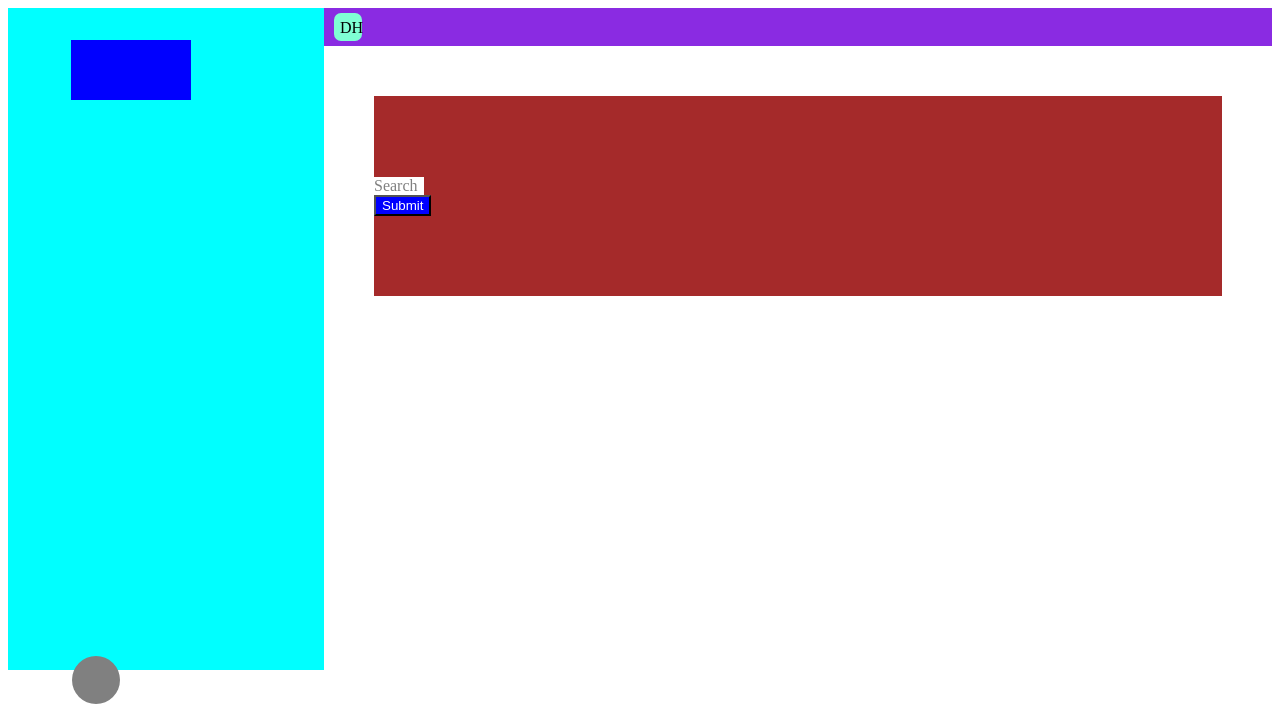
Repository: tr2cky/barrage
Page: index.html
An editor plug-in stored every save of this project. The page is shown before and after a run of saves, followed by the edit.
The browser window is 1280 px wide. The pictures show the whole page.

Above is the page before, as saved 2022-10-03 13:56:06.

### index.html
<!DOCTYPE html>
<html lang="en">

<head>
    <meta charset="UTF-8">
    <meta http-equiv="X-UA-Compatible" content="IE=edge">
    <meta name="viewport" content="width=device-width, initial-scale=1.0">
    <link rel="stylesheet" href="style.css">
    <title>Document</title>
</head>

<body>
    <div class="container">
        <div class="side">
            <div class="box1"></div>
        </div>

        <main>
            <div class="header">
                <div class="boxheader">DH</div>
            </div>
            <article>
                <div class="article-container">
                    <div class="search">Search</div>
                    <button>Submit</button>
                </div>
            </article>
            <div id="circle"></div>
        </main>
    </div>
</body>

</html>

### style.css
.container {
    display: grid;
    grid-template-columns: 1fr 3fr;
}
.side {
    background-color: aqua;
    height: 92vh;
}
.box1 {
    background-color: blue;
    width: 80px;
    height: 20px;
    padding: 20px;
    margin-top: 10%;
    margin-left: 20%;
}
main {
    background-color: white;
    display: flex;
    flex-direction: column;
}
.header {
    background-color: blueviolet;
}
.boxheader {
    background-color: aquamarine;
    padding: 6px;
    width: 1em;
    height: 1em;
    margin: 5px 10px;
    border-radius: 25%;
}
main article {
    background-color: brown;
    margin: 50px;
    height: 200px;
    display: flex;
    place-items: center;
}
.search {
    background-color: white;
    color: gray;
    width: 50px;
}
button {
    background-color: blue;
    color: white;
}
#circle {
    width: 3em;
    height: 3em;
    border-radius: 50%;
    position: fixed;
    background-color: gray;
    justify-self: flex-end;
    align-self: flex-end;
    margin-top: 90vh;
    margin-right: 90vw;
}

@media (max-width: 500px) {
    .container {
        grid-template-columns: 1fr;
    }
    main {
        order: -1;
    }
    main article {
        margin: 0;
    }
}
#circle {
    width: 3em;
    height: 3em;
    border-radius: 50%;
    position: fixed;
    background-color: gray;
    justify-self: flex-end;
    align-self: flex-end;
    margin-top: 90vh;
}

After the next 2 saves:
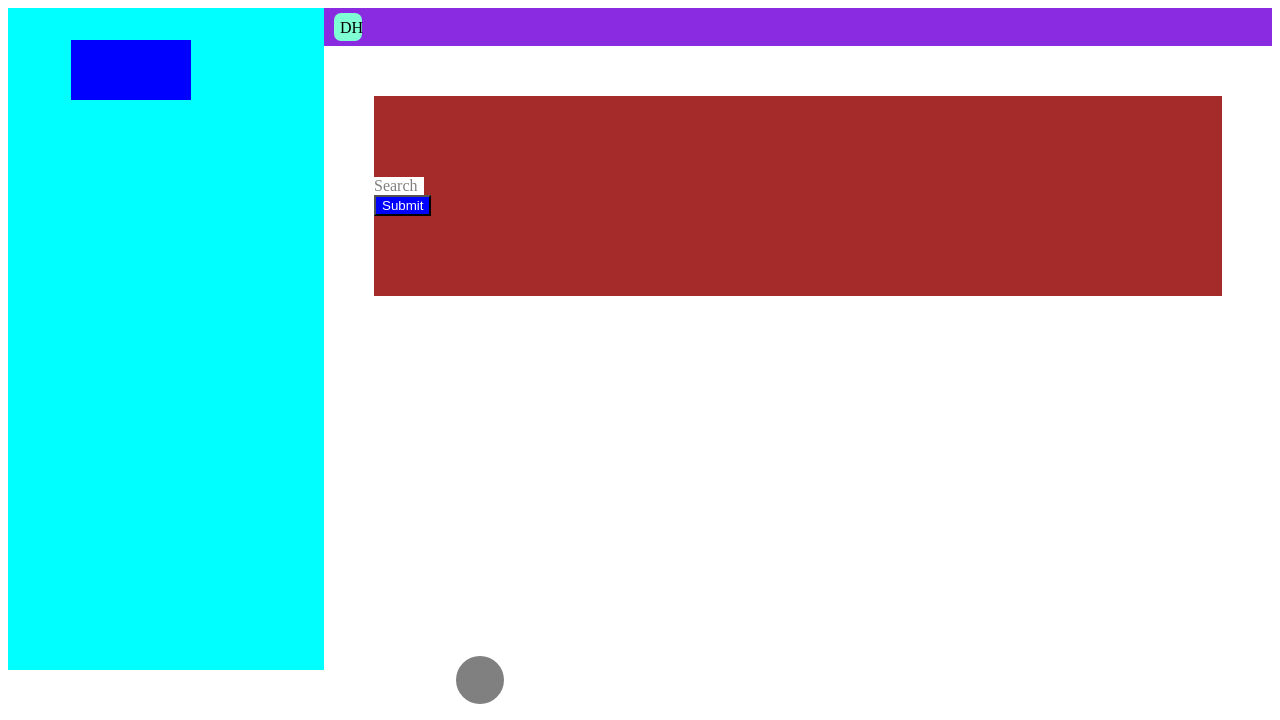
The 2 saves are shown as one change because they came seconds apart.
The last was saved 6 s later.
--- a/style.css
+++ b/style.css
@@ -55,7 +55,7 @@ button {
     justify-self: flex-end;
     align-self: flex-end;
     margin-top: 90vh;
-    margin-right: 90vw;
+    margin-right: 60vw;
 }
 
 @media (max-width: 500px) {
